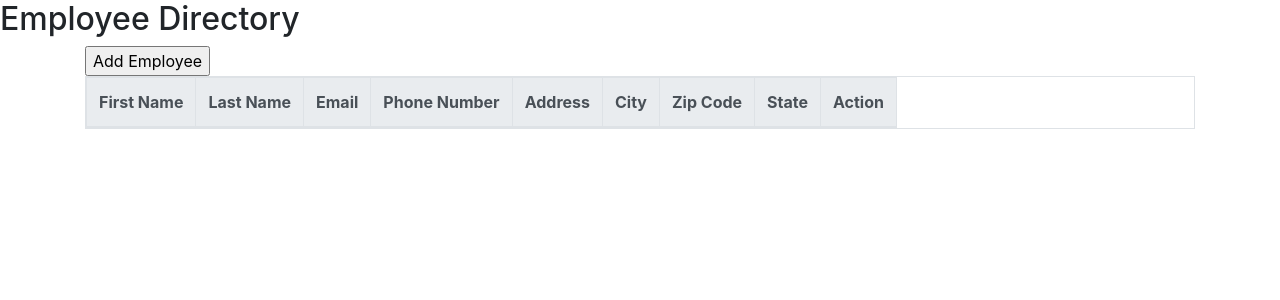
Repository: TChristian315/directory_app
Page: http://localhost/directoryapp/directory.jsp
An editor plug-in stored every save of this project. The page is shown before and after the next save, followed by the edit.
The browser window is 1280 px wide. The pictures show the whole page.
Some web libraries are served in a nearby version. The page is served by Tomcat 9. The template is opened directly, without the code that normally fills it, so the values that code supplies are empty.

Above is the page before, as saved 2018-05-23 17:52:59.

After the next save:
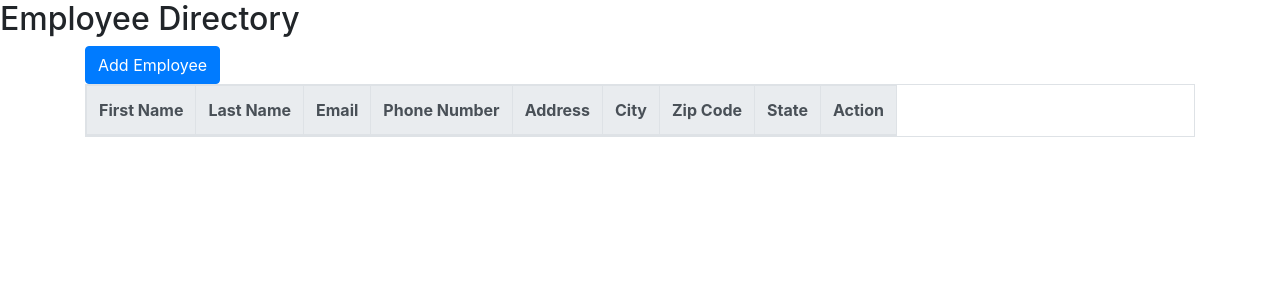
Saved 18 min 39 s later.
--- a/Workspaces/directoryapp/WebContent/directory.jsp
+++ b/Workspaces/directoryapp/WebContent/directory.jsp
@@ -23,8 +23,7 @@
 
 				<input type="button" value="Add Employee"
 					onclick="window.location.href= 'add-employee-form.jsp'; return false;"
-					class="add-employee-button"
-				/>
+					class="btn btn-primary" />
 
 				<table class ="table table-bordered table-hover table-responsive">
 					<thead class="thead-light">
